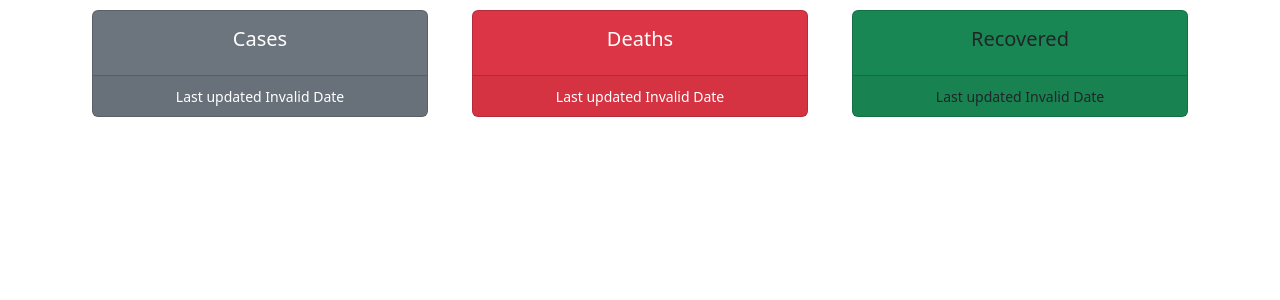
Repository: azizdeghais/CovidTracker
Page: /
The author's editor kept a copy of each file at every save. The page is drawn from the files as they stood at one save, then again after the next save.
The browser window is 1280 px wide. The pictures show the whole page.
The page's requests for data from a server got no answer. The project was rebuilt for these pictures with package versions that can differ from the ones it lists, and the page was loaded fresh each time. No one was signed in, and anything a server would have sent is missing. Also part of the build but not shown: vite.config.js.

Above is the page before, as saved 2023-03-09 16:23:25.

### index.html
<!DOCTYPE html>
<html lang="en">
  <head>
    <meta charset="UTF-8" />
    <link rel="icon" type="image/svg+xml" href="/vite.svg" />
    <meta name="viewport" content="width=device-width, initial-scale=1.0" />
    <title>Covid-19 Tracker</title>

  </head>
  <body>
    <div id="root"></div>
    <script type="module" src="/src/main.jsx"></script>
  </body>
</html>

### src/main.jsx
import React from 'react'
import ReactDOM from 'react-dom/client'
import App from './App'
import 'bootstrap/dist/css/bootstrap.min.css';


ReactDOM.createRoot(document.getElementById('root')).render(
  <React.StrictMode>
    <App />
  </React.StrictMode>,
)

### src/App.jsx
import React, { useEffect,useState } from 'react'
import axios from 'axios'
import Container from 'react-bootstrap/Container';
import Row from 'react-bootstrap/Row';
import Col from 'react-bootstrap/Col';
import Card from 'react-bootstrap/Card';
import Stack from 'react-bootstrap/Stack';
import Form from 'react-bootstrap/Form';

import './App.css'


function App() {

  const [latest,setLatest]=useState([])
  const [results,setResults]=useState([])


  useEffect(()=>{
    axios.all([
      axios.get('https://corona.lmao.ninja/v3/covid-19/all'),
      axios.get('https://corona.lmao.ninja/v3/covid-19/countries')
  ])

    .then(resArr=>{
           setLatest(resArr[0].data)
           setResults(resArr[1].data)
    })
    .catch(err=>{
      console.log(err)
    })
  },[])

  const date=new Date(parseInt(latest.updated));
  const lastUpdated=date.toString();



   const countries = results.map((data,i)=>{
    return (
      <Card
      key={i}
      bg='light'
      text='dark'
      className='text-center'
      style={{margin:'10px'}}
      >
        <Card.Img variant='top' src={data.countryInfo.flag} />
      <Card.Body>
        <Card.Title>{data.country}</Card.Title>
        <Card.Text>Cases: {data.cases}</Card.Text>
        <Card.Text>Deaths: {data.deaths}</Card.Text>
        <Card.Text>Recovered: {data.recovered}</Card.Text>
        <Card.Text>Today's cases: {data.todayCases}</Card.Text>
        <Card.Text>Today's deaths: {data.todayDeaths}</Card.Text>
        <Card.Text>Active {data.active}</Card.Text>


      </Card.Body>

      </Card>

    )
   })
  return (
    <Container>
      <Row >
        <Col>
          <Card className='text-center' bg='secondary' text='white' style={{margin:'10px'}} >
            <Card.Body>
              <Card.Title>Cases</Card.Title>
              <Card.Text>
                {latest.cases}
              </Card.Text>
            </Card.Body>
            <Card.Footer>
              <small>Last updated {lastUpdated}</small>
            </Card.Footer>
          </Card>
        </Col>
        <Col>
          <Card className='text-center' bg='danger' text='white' style={{margin:'10px'}}>
            <Card.Body>
              <Card.Title>Deaths</Card.Title>
              <Card.Text>
                {latest.deaths}
              </Card.Text>
            </Card.Body>
            <Card.Footer>
            <small>Last updated {lastUpdated}</small>

            </Card.Footer>
          </Card>
        </Col>
        <Col>
          <Card className='text-center' bg='success' style={{margin:'10px'}} >
            <Card.Body>
              <Card.Title>Recovered</Card.Title>
              <Card.Text>
               {latest.recovered}
              </Card.Text>
            </Card.Body>
            <Card.Footer>
            <small>Last updated {lastUpdated}</small>

            </Card.Footer>
          </Card>
        </Col>
      </Row>
      <div className='countries-list'>
      {countries}
      </div>


    </Container>
  )
}

export default App

### src/App.css
.countries-list{
    display:flex;
    flex-direction:row;
    width: '1000px';
    flex-wrap: wrap;
    justify-content: space-between;
}

After the next save:
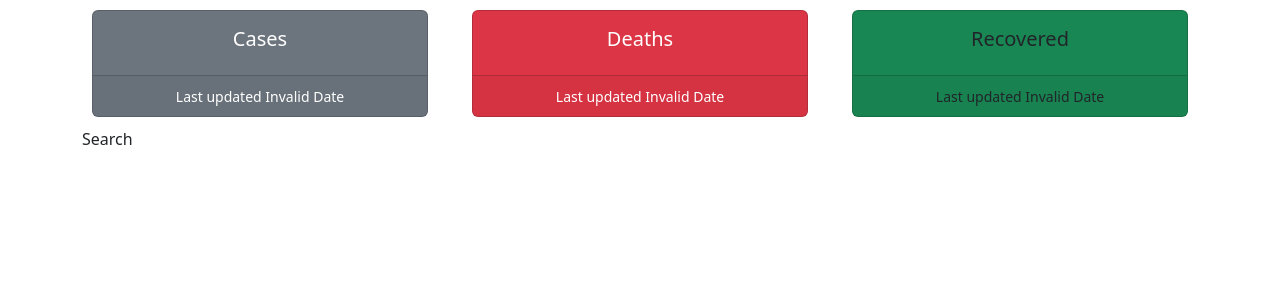
Saved 53 s later.
--- a/src/App.jsx
+++ b/src/App.jsx
@@ -107,6 +107,11 @@ function App() {
           </Card>
         </Col>
       </Row>
+      <Form>
+      <Form.Group>
+        <Form.Label>Search</Form.Label>
+      </Form.Group>
+      </Form>
       <div className='countries-list'>
       {countries}
       </div>
